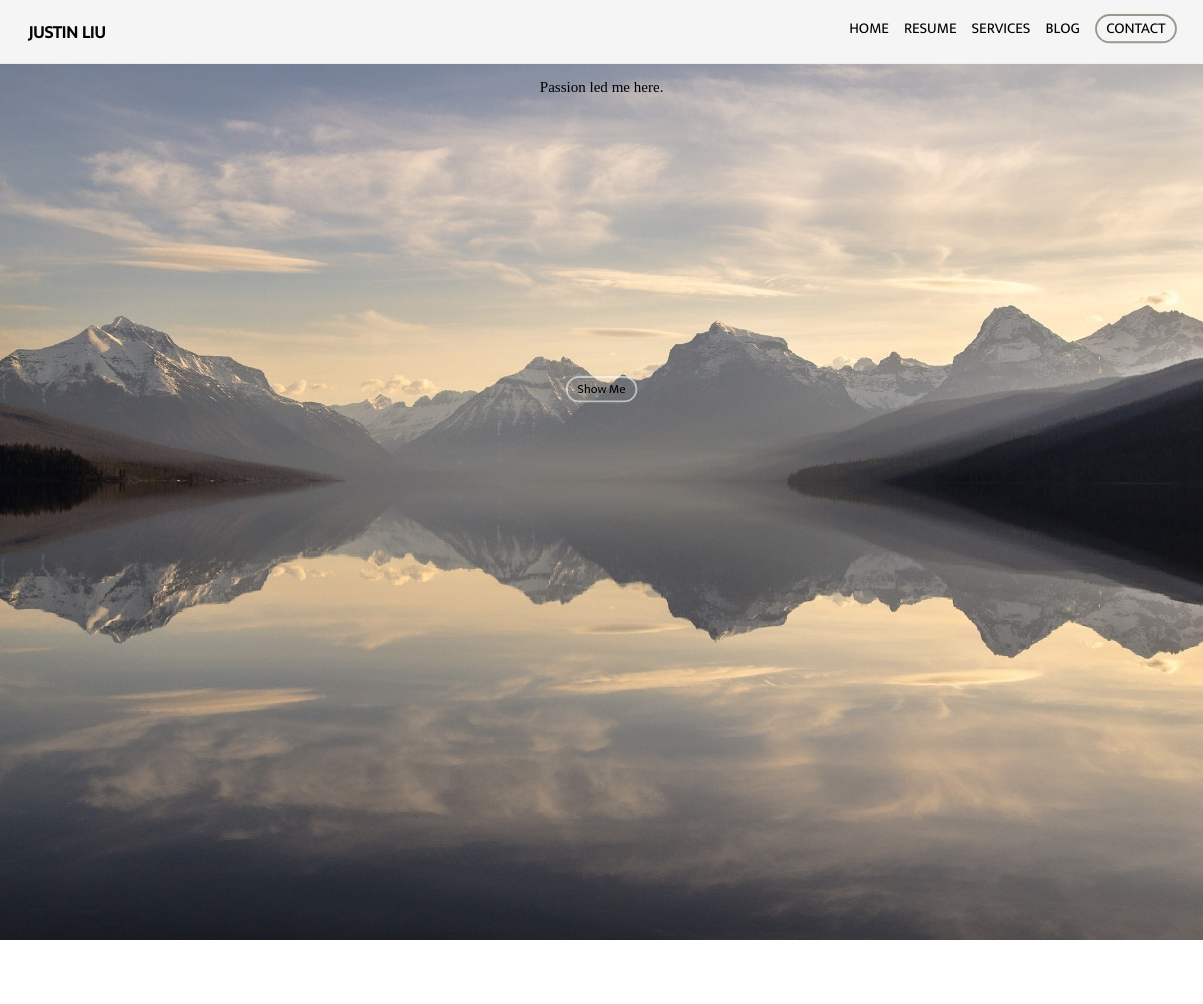
Repository: justinliu88/personal-projects
Page: index.html
These files come from the project's save history. The page is drawn as it stood at one moment and after the next save; the edit follows.
The browser window is 1280 px wide. The pictures show the whole page, at 94% of full size.
Some web libraries are served in a nearby version. The style sheet was rebuilt from its Sass, Less or Tailwind sources for each picture, by a compiler version that may differ from the author's.

Above is the page before, as saved 2020-03-17 11:43:36.

### index.html
<!DOCTYPE html>
<html lang="en">

<head>
    <meta charset="UTF-8">
    <meta name="viewport" content="width=device-width, initial-scale=1.0">
    <title>Personal Website</title>
    <link rel="stylesheet" href="main.css" type="text/css">
    <link rel="stylesheet" href="https://fonts.googleapis.com/css?family=Mukta&display=swap">
    <script src="http://ajax.googleapis.com/ajax/libs/jquery/1.7.1/jquery.min.js" type="text/javascript"></script>
    <script src="./main.js"></script>
</head>

<body>
    <nav class="container-navbar">
        <h3 class="container-navbar__name">JUSTIN LIU</h3>
        <ul class="container-navbar__options">
            <li class="container-navbar__options__buttons">
                <a class="container-navbar__options__link" href="#">HOME</a>
            </li>
            <li class="container-navbar__options__buttons">
                <a class="container-navbar__options__link" href="#">RESUME</a>
            </li>
            <li class="container-navbar__options__buttons">
                <a class="container-navbar__options__link" href="#">SERVICES</a>
            </li>
            <li class="container-navbar__options__buttons">
                <a class="container-navbar__options__link" href="#">BLOG</a>
            </li>
            <li class="container-navbar__options__buttons">
                <a id="contactLink" class="container-navbar__options__link" href="#">CONTACT</a>
            </li>
        </ul>
    </nav>

    <div class="container-slogan">
        <p class="container-slogan__content">
            Passion led me here.
        </p>
        <div class="container-slogan__button">
            <button type="button">Show Me</button>
        </div>
    </div>



</body>

</html>

### main.scss
body {
    margin: 0px;
    background-image: url("./img/website-background.jpg");
    height: 1000px;
    background-position: center;
    background-repeat: no-repeat;
    background-size: cover;
}

.container-navbar {
    width: auto;
    display: flex;
    flex-direction: row;
    justify-content: space-between;
    background-color: whitesmoke;
    &__name {
        font-family: Mukta;
        font-size: bold;
        text-align: center;
        align-items: center;
        padding-left: 30px;
    }
    &__options {
        height: 60px;
        display: flex;
        flex-direction: row;
        list-style: none;
        justify-content: flex-end;
        align-items: center;
        margin: 0px;
        padding-right: 20px;
        &__buttons {
            align-items: center;
            text-align: center;
            padding: 8px;
        }
        &__link {
            font-family: Mukta;
            font-size: bold;
            text-decoration: none;
            transition: all 0.1s ease 0s;
            color: black;
            &:hover {
                color: #919c8c;
                border-bottom: 3px solid #919c8c;
            }
        }
        #contactLink {
            border: 2px solid #919c8c;
            border-radius: 20px;
            padding-left: 10px;
            padding-right: 10px;
        }
    }
}

.container-slogan {
    display: flex;
    flex-direction: column;
    justify-content: top;
    align-items: center;
    height: 100%;
    width: 100%;
    &__content {
        height: 300px;
        text-align: center;
    }
    &__button button {
        font-family: Mukta;
        background-color: Transparent;
        background-repeat: no-repeat;
        border: 2px solid rgba(255, 255, 255, 0.548);
        border-radius: 20px;
        padding-left: 10px;
        padding-right: 10px;
        cursor: pointer;
        overflow: hidden;
        outline: white;
    }
}

Loaded but not shown: main.js (no stored copy; drawn as an empty file)

After the next save:
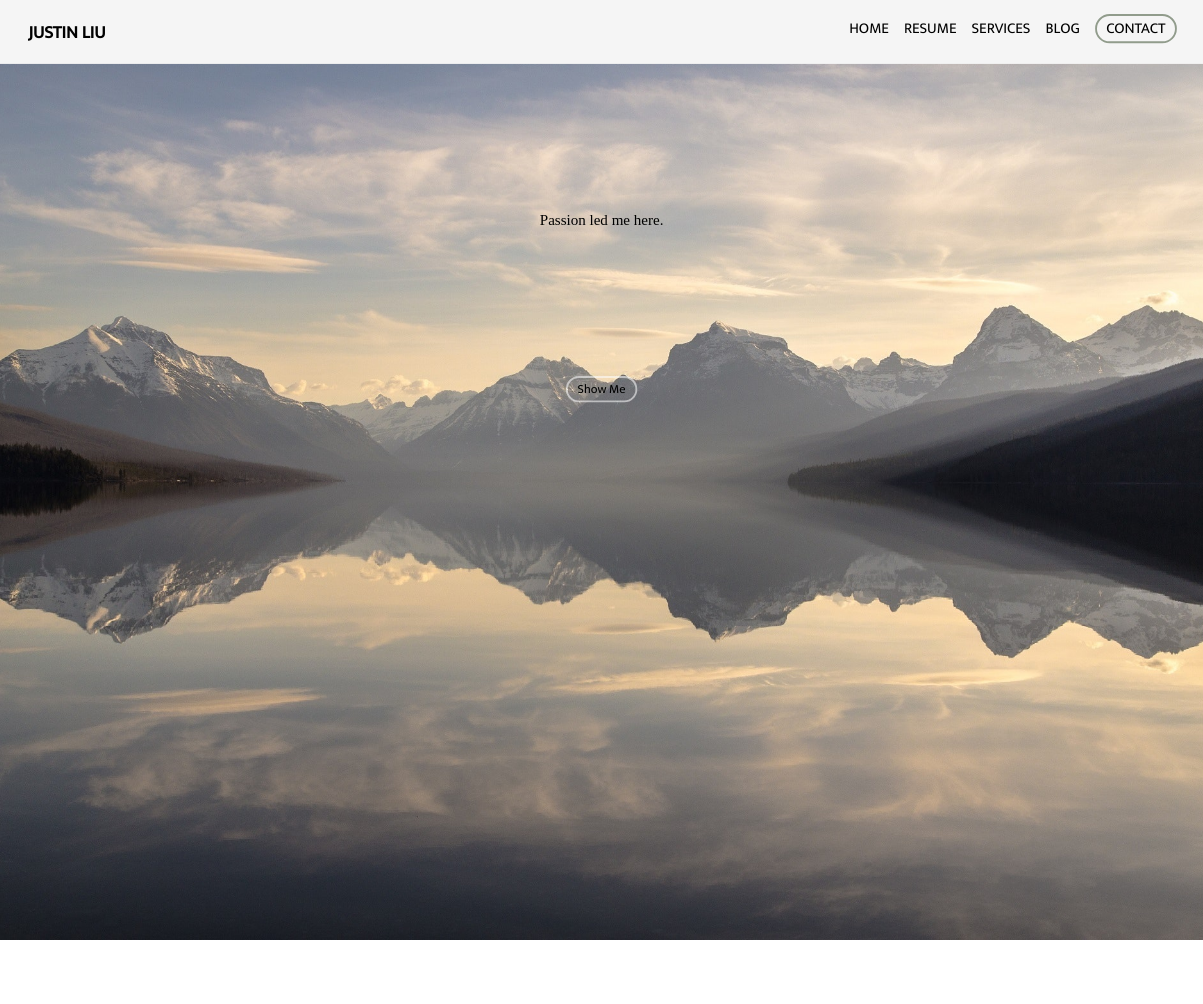
Saved 2 min 3 s later.
--- a/main.scss
+++ b/main.scss
@@ -63,7 +63,8 @@ body {
     width: 100%;
     &__content {
         height: 300px;
-        text-align: center;
+        display: flex;
+        align-items: center;
     }
     &__button button {
         font-family: Mukta;
